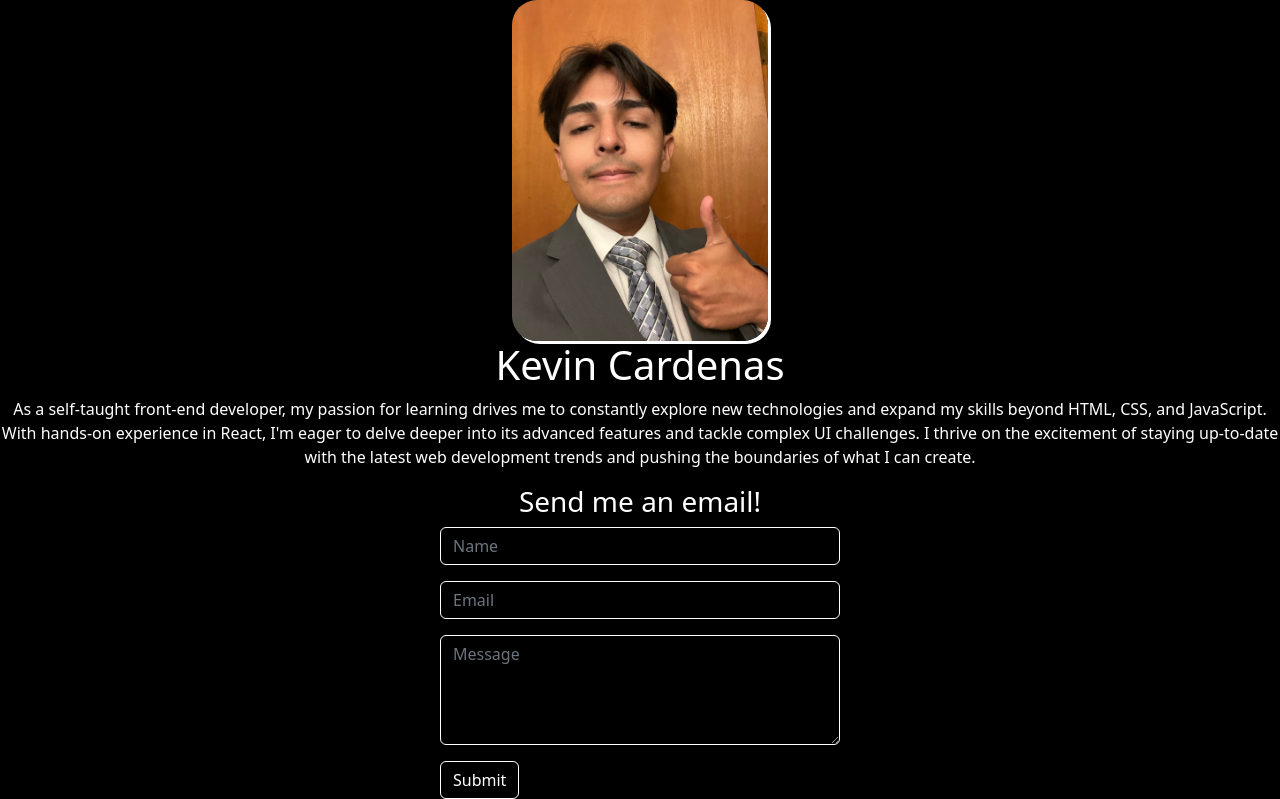
Repository: elqueben/elqueben.github.io
Page: public/index.html
The author's editor kept a copy of each file at every save. The page is drawn from the files as they stood at one save, then again after a run of saves.
The browser window is 1280 px wide. The pictures show the whole page.

Above is the page before, as saved 2023-06-20 12:05:11.

### public/index.html
<!DOCTYPE html>
<html lang="en">
<head>
  <meta charset="UTF-8">
  <meta name="viewport" content="width=device-width, initial-scale=1.0">
  <link rel="stylesheet" href="https://cdn.jsdelivr.net/npm/bootstrap@5.2.3/dist/css/bootstrap.min.css" integrity="sha384-rbsA2VBKQhggwzxH7pPCaAqO46MgnOM80zW1RWuH61DGLwZJEdK2Kadq2F9CUG65" crossorigin="anonymous">
  <link rel="stylesheet" href="styles.css">
  <title>elqueben</title>
</head>
<body>
  <div>
    <img id="pfp" src="me.jpg" />
  </div>
  <div>
  <h1 class="text-center">Kevin Cardenas</h1>
  <p class="text-center">As a self-taught front-end developer, my passion for learning drives me to constantly explore new technologies and expand my skills beyond HTML, CSS, and JavaScript. With hands-on experience in React, I'm eager to delve deeper into its advanced features and tackle complex UI challenges. I thrive on the excitement of staying up-to-date with the latest web development trends and pushing the boundaries of what I can create.</p>
  </div>
  <div>

  </div>
  <div>
    <div>
      <h3 class="text-center">Send me an email!</h3>
      <form class="my-form">
        <div class="mb-3">
          <input type="text" name="name" class="form-control" placeholder="Name">
        </div>
        <div class="mb-3">
          <input type="email" name="email" class="form-control" placeholder="Email">
        </div>
        <div class="mb-3">
          <textarea class="form-control" rows="4" placeholder="Message"></textarea>
        </div>
        <button type="submit" class="btn btn-primary">Submit</button>
      </form>
    </div>
  </div>
</body>
</html>

### public/styles.css
#pfp {
    width: 20%;
    display: block;
    margin: 0 auto;
    border: 2px;
    border-radius: 25px;
    box-shadow: 3px 3px;
}

body {
    background-color: #000;
    color: #fff;
}

.my-form {
    max-width: 400px;
    margin: 0 auto;
}

.form-control {
    background-color: #000;
    border: 1px solid #fff;
    color: #fff;
}

.btn-primary {
    background-color: #000;
    border-color: #fff;
}

.btn-primary:hover {
    background-color: #333;
    border-color: #fff;
    color: #fff;
}

After the next 3 saves:
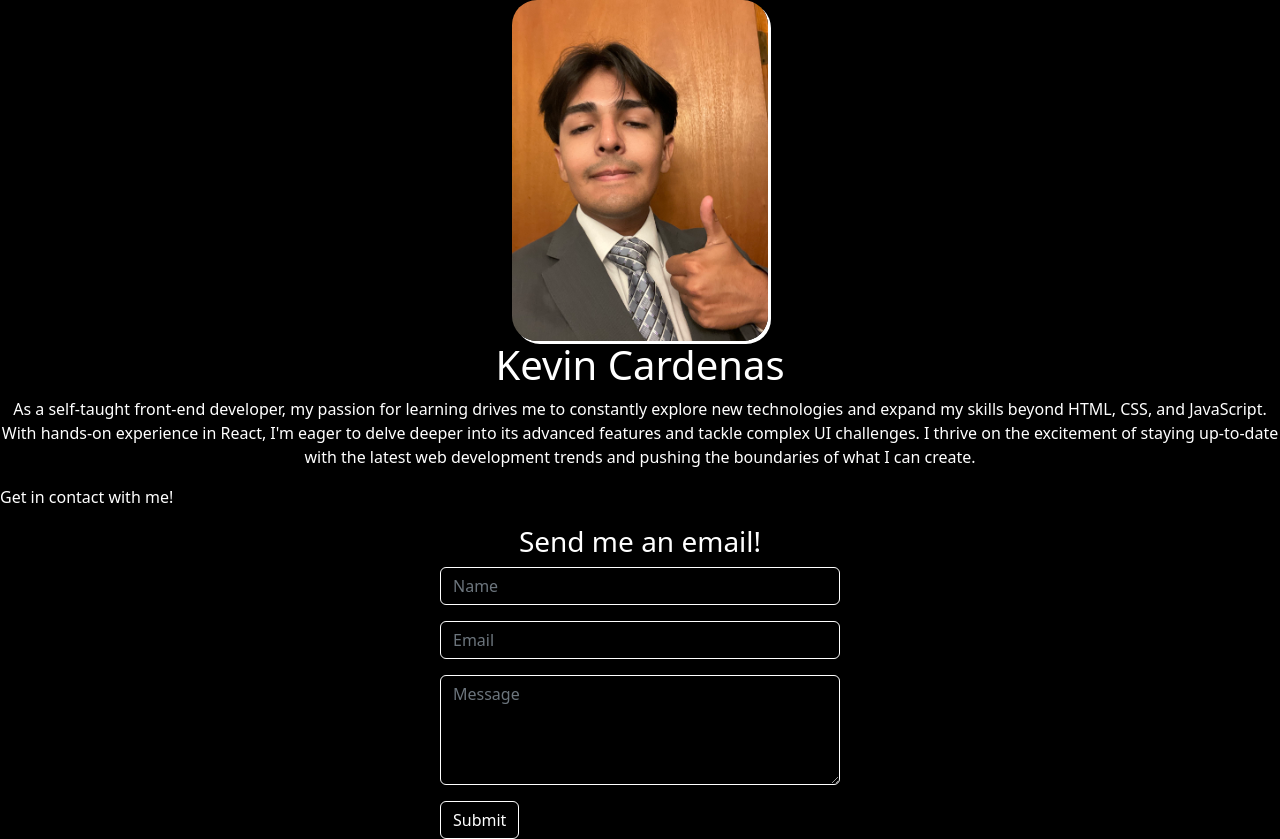
The 3 saves are shown as one change because they came seconds apart.
The last was saved 14 s later.
--- a/public/index.html
+++ b/public/index.html
@@ -16,7 +16,9 @@
   <p class="text-center">As a self-taught front-end developer, my passion for learning drives me to constantly explore new technologies and expand my skills beyond HTML, CSS, and JavaScript. With hands-on experience in React, I'm eager to delve deeper into its advanced features and tackle complex UI challenges. I thrive on the excitement of staying up-to-date with the latest web development trends and pushing the boundaries of what I can create.</p>
   </div>
   <div>
+    <p>Get in contact with me!
 
+    </p>
   </div>
   <div>
     <div>
